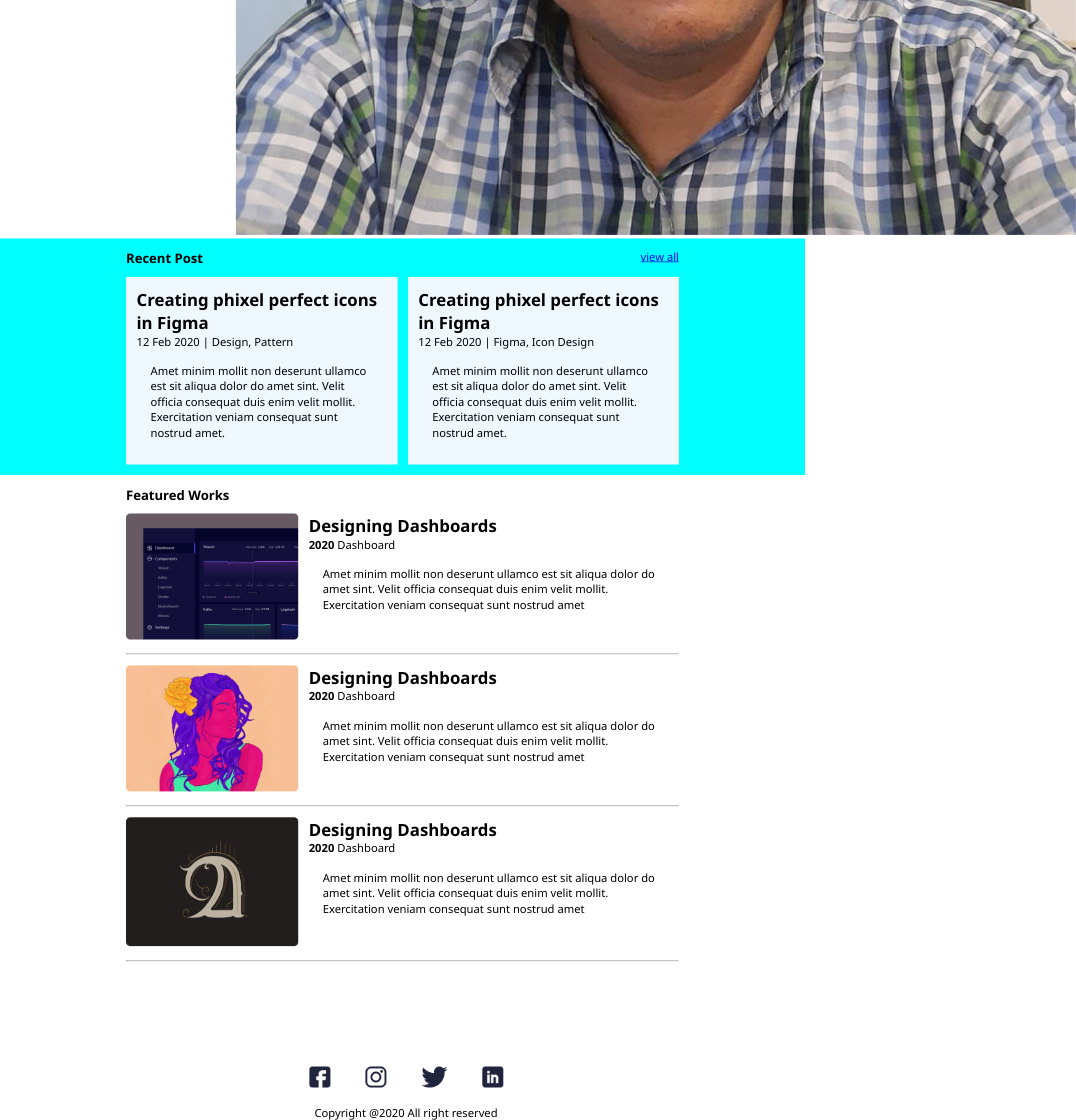
Repository: jafetdn73/portofolio
Page: index.html
An editor plug-in stored every save of this project. The page is shown before and after the next save, followed by the edit.
The browser window is 1280 px wide. The page is 1537 px wide, so the pictures cover 1537 px, including what lies to the right of the window. The pictures show the part of the page from y = 1062 to 2662 px (the page is 2662 px tall), at 70% of full size.

Above is the page before, as saved 2022-02-24 12:23:47.

### index.html
<!DOCTYPE html>
<html lang="en">
<head>
    <meta charset="UTF-8">
    <meta http-equiv="X-UA-Compatible" content="IE=edge">
    <meta name="viewport" content="width=device-width, initial-scale=1.0">
    <link rel="stylesheet" href="figma.css">
    <title>Belajar HTML CSS</title>
</head>
<body>
    <div class="container">
        <!-- Start Menu Bar -->
        <div class="menu-bar">
            <ul>
                <li>
                    Work
                </li>
                <li>
                    Blog
                </li>
                <li>
                    Contact
                </li>
            </ul>
        </div>
        <!-- Starr Hero -->
        <div class="hero">
            <div class="hero-text">
                <h1>Hi, I am Jafet,<br/>
                    Fullstack Engineer
                </h1>
                <p>
                    Amet minim mollit non deserunt ullamco est sit aliqua dolor do amet sint. Velit officia consequat duis enim velit mollit. Exercitation veniam consequat sunt nostrud amet.
                </p>
                <button>Download Resume</button>
            </div>
            <div class="hero-image">
                <img src="jafet.png"/>
            </div>
        </div>
        <!-- Start Post -->
        <div class="post">
            <div class="post-navi">
                <h3>Recent Post</h3>
                <a href="http://detik.com">view all</a>
            </div>
            <div class="post-content">
                <div class="post-content-detail">
                    <h2>Creating phixel perfect icons in Figma</h2>
                    <label>12 Feb 2020</label>
                    <label>|</label>
                    <label>Design, Pattern</label>
                    <p>
                        Amet minim mollit non deserunt ullamco est sit aliqua dolor do amet sint. Velit officia consequat duis enim velit mollit. Exercitation veniam consequat sunt nostrud amet.
                    </p>
                </div>
                <div class="post-content-detail">
                    <h2>Creating phixel perfect icons in Figma</h2>
                    <label>12 Feb 2020</label>
                    <label>|</label>
                    <label>Figma, Icon Design</label>
                    <p>
                        Amet minim mollit non deserunt ullamco est sit aliqua dolor do amet sint. Velit officia consequat duis enim velit mollit. Exercitation veniam consequat sunt nostrud amet.
                    </p>
                </div>
            </div>
        </div>
        <!-- Start Featured -->
        <div class="featured">
            <h3>Featured Works</h3>
            <div class="featured-detail">
                <div class="featured-image">
                    <img src="Rectangle 30.png"/>
                </div>
                <div class="featured-text">
                    <h2>Designing Dashboards</h2>
                    <label class="tahun" ><b>2020</b></label>
                    <label>Dashboard</label>
                    <p>
                        Amet minim mollit non deserunt ullamco est sit aliqua dolor do amet sint. Velit officia consequat duis enim velit mollit. Exercitation veniam consequat sunt nostrud amet
                    </p>
                </div>
            </div>
            <hr/>
            <div class="featured-detail">
                <div class="featured-image">
                    <img src="Rectangle 32.png"/>
                </div>
                <div class="featured-text">
                    <h2>Designing Dashboards</h2>
                    <label class="tahun" ><b>2020</b></label>
                    <label>Dashboard</label>
                    <p>
                        Amet minim mollit non deserunt ullamco est sit aliqua dolor do amet sint. Velit officia consequat duis enim velit mollit. Exercitation veniam consequat sunt nostrud amet
                    </p>
                </div>
            </div>
            <hr/>
            <div class="featured-detail">
                <div class="featured-image">
                    <img src="Rectangle 34.png"/>
                </div>
                <div class="featured-text">
                    <h2>Designing Dashboards</h2>
                    <label class="tahun" ><b>2020</b></label>
                    <label>Dashboard</label>
                    <p>
                        Amet minim mollit non deserunt ullamco est sit aliqua dolor do amet sint. Velit officia consequat duis enim velit mollit. Exercitation veniam consequat sunt nostrud amet
                    </p>
                </div>
            </div>
            <hr/>
        </div>
        <!-- Start Social Media -->
        <div class="social-media"><img src="fb.png"/><img src="insta.png"/><img src="group.png"/><img src="linkedin.png"/></div>
        <div class="copyright">Copyright @2020 All right reserved</div>
    </div>
</body>
</html>

### figma.css
* {
    margin: 0;
    font-family:'Segoe UI', Tahoma, Geneva, Verdana, sans-serif
}

.container {
    width: 1150px;
}

.menu-bar {
    display: flex;
    justify-content: flex-end;
    margin-top: 20px;
}

.menu-bar ul li {
    display: inline;
    margin-right: 30px;
    font-size: 20px;
}

/* Start Hero */
.hero {
    display: flex;
    justify-content: space-around;
    margin-top: 150px;
    padding: 0 100px;
}

.hero-text {
    width: 450px;
}

.hero-text h1 {
    font-size: 44px;
    font-weight: 400px;
}

.hero-text p {
    font-size: 16px;
}

.hero-text h1, p, button
{
    margin: 20px;
}

.hero-text button {
    background-color: #FF6464;
    border-style: none;
    padding: 15px;
    font-size: 20px;
    color: white;
}

/* Start Post */
.post {
    background-color:aqua;
    padding:15px 180px;
}

.post-navi {
    display :flex;
    justify-content:space-between ;
}

.post-content {
    display: flex;
    margin-top: 15px;
    gap:15px;
}

.post-content-detail {
    background-color: aliceblue;
    padding:15px;
}

/* Start Featured */
.featured {
    margin : 15px 180px;
    gap:15px;
}

.featured-detail {
    display:flex;
    margin-top: 15px;
    margin-bottom: 15px;
}

.featured-image {
    margin-right: 15px;
}


.social-media{
    margin-top: 150px;
    margin-left: 180px;
    width: 800px;
    text-align: center;
    display: inline-flexbox;
}

.social-media img {
    margin-left:25px;
    margin-right:25px;
}

.copyright {
    margin-top: 20px;
    margin-left: 180px;
    width: 800px;
    text-align: center;
}

#tahun {
    color: white; background-color: rgb(29, 4, 75);padding-left: 5px;padding-right: 5px;padding-bottom: 2px;; border-radius: 25px;margin-right: 30px;
}

After the next save:
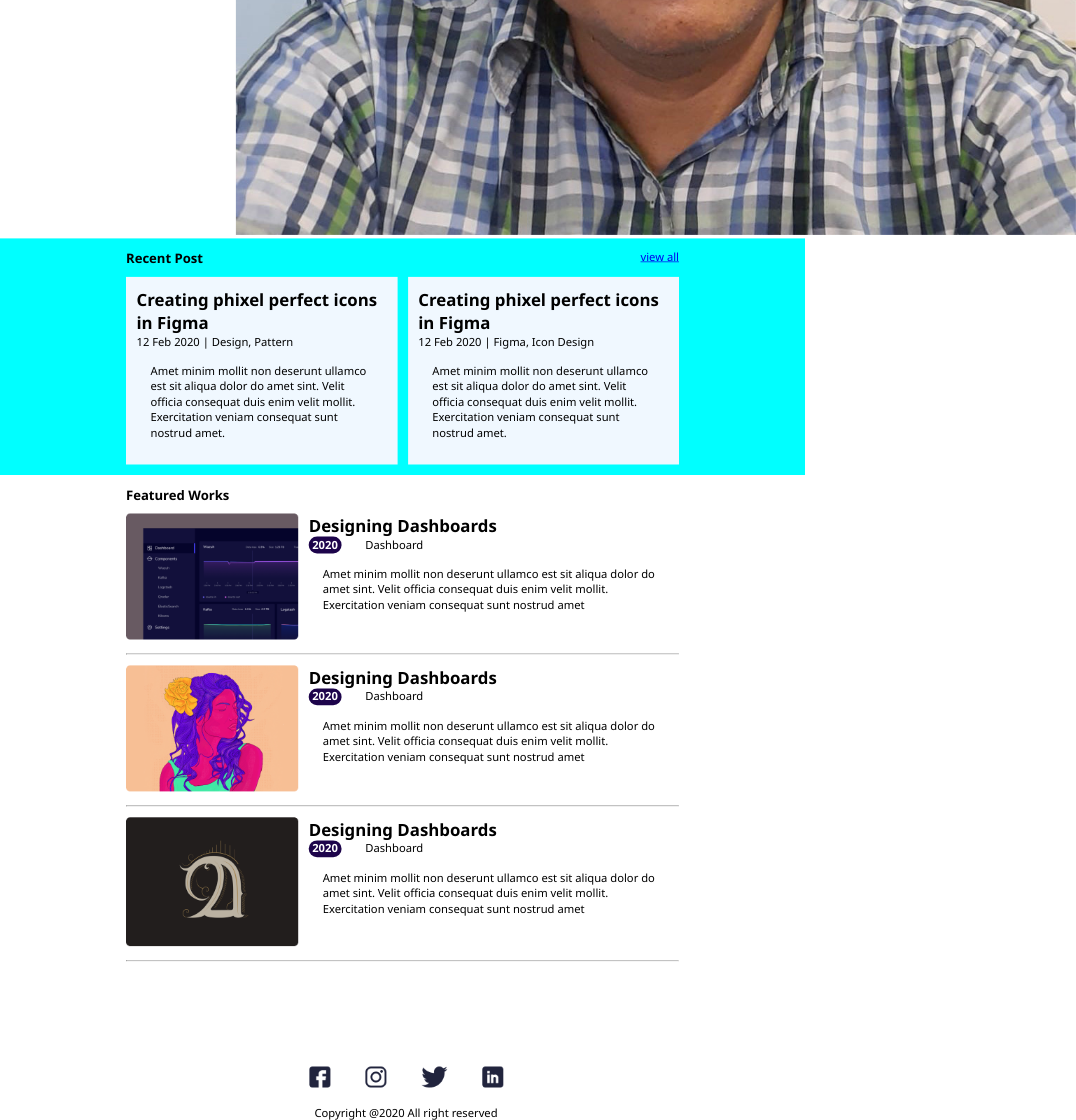
Saved 10 s later.
--- a/figma.css
+++ b/figma.css
@@ -112,6 +112,6 @@
     text-align: center;
 }
 
-#tahun {
+.tahun {
     color: white; background-color: rgb(29, 4, 75);padding-left: 5px;padding-right: 5px;padding-bottom: 2px;; border-radius: 25px;margin-right: 30px;
 }
